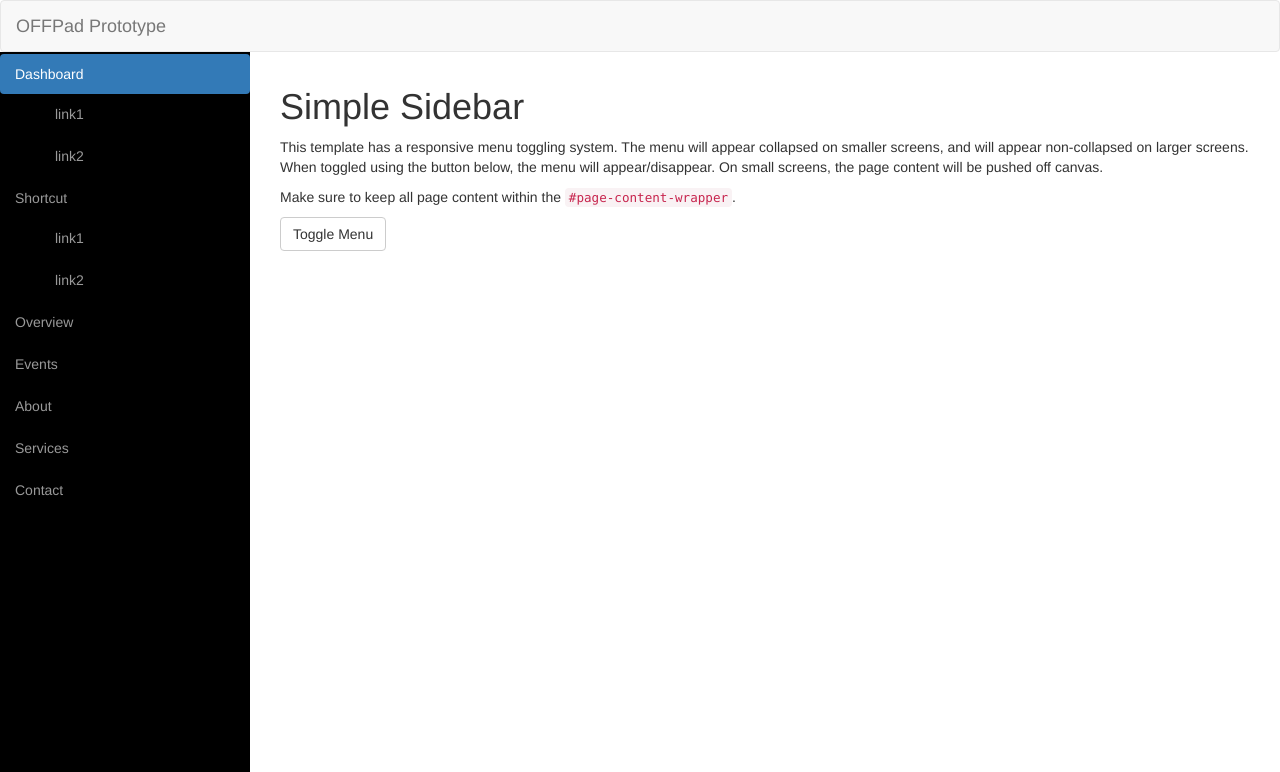
Repository: sijangurung/OFFPad-Projects
Page: Web App Workspace/OffPad WebApp/WebContent/index.html
These files come from the project's save history. The page is drawn as it stood at one moment and after the next save; the edit follows.
The browser window is 1280 px wide. The pictures show the whole page.

Above is the page before, as saved 2015-12-29 16:02:19.

### Web App Workspace/OffPad WebApp/WebContent/index.html
<!DOCTYPE html>
<html lang="en">

<head>

    <meta charset="utf-8">
    <meta http-equiv="X-UA-Compatible" content="IE=edge">
    <meta name="viewport" content="width=device-width, initial-scale=1">
    <meta name="description" content="">
    <meta name="author" content="">

    <title>Simple Sidebar - Start Bootstrap Template</title>

    <!-- Bootstrap Core CSS -->
    <link href="styles/bootstrap.min.css" rel="stylesheet">

    <!-- Custom CSS -->
    <link href="styles/simple-sidebar.css" rel="stylesheet">

    <!-- HTML5 Shim and Respond.js IE8 support of HTML5 elements and media queries -->
    <!-- WARNING: Respond.js doesn't work if you view the page via file:// -->
    <!--[if lt IE 9]>
        <script src="https://oss.maxcdn.com/libs/html5shiv/3.7.0/html5shiv.js"></script>
        <script src="https://oss.maxcdn.com/libs/respond.js/1.4.2/respond.min.js"></script>
    <![endif]-->

</head>

<body>
<nav class="navbar navbar-default no-margin">
    <!-- Brand and toggle get grouped for better mobile display -->
                <div class="navbar-header fixed-brand">
                    <a class="navbar-brand" href="#"><i class="fa fa-rocket fa-4"></i> OFFPad Prototype </a>
                </div><!-- navbar-header-->
    </nav>
<div id="wrapper">
        <!-- Sidebar -->
        <div id="sidebar-wrapper">
            <ul class="sidebar-nav nav-pills nav-stacked" id="menu">

                <li class="active">
                    <a href="#"><span class="fa-stack fa-lg pull-left"><i class="fa fa-dashboard fa-stack-1x "></i></span> Dashboard</a>
                       <ul class="nav-pills nav-stacked" style="list-style-type:none;">
                        <li><a href="#">link1</a></li>
                        <li><a href="#">link2</a></li>
                    </ul>
                </li>
                <li>
                    <a href="#"><span class="fa-stack fa-lg pull-left"><i class="fa fa-flag fa-stack-1x "></i></span> Shortcut</a>
                    <ul class="nav-pills nav-stacked" style="list-style-type:none;">
                        <li><a href="#"><span class="fa-stack fa-lg pull-left"><i class="fa fa-flag fa-stack-1x "></i></span>link1</a></li>
                        <li><a href="#"><span class="fa-stack fa-lg pull-left"><i class="fa fa-flag fa-stack-1x "></i></span>link2</a></li>

                    </ul>
                </li>
                <li>
                    <a href="#"><span class="fa-stack fa-lg pull-left"><i class="fa fa-cloud-download fa-stack-1x "></i></span>Overview</a>
                </li>
                <li>
                    <a href="#"> <span class="fa-stack fa-lg pull-left"><i class="fa fa-cart-plus fa-stack-1x "></i></span>Events</a>
                </li>
                <li>
                    <a href="#"><span class="fa-stack fa-lg pull-left"><i class="fa fa-youtube-play fa-stack-1x "></i></span>About</a>
                </li>
                <li>
                    <a href="#"><span class="fa-stack fa-lg pull-left"><i class="fa fa-wrench fa-stack-1x "></i></span>Services</a>
                </li>
                <li>
                    <a href="#"><span class="fa-stack fa-lg pull-left"><i class="fa fa-server fa-stack-1x "></i></span>Contact</a>
                </li>
            </ul>
        </div><!-- /#sidebar-wrapper -->

        <!-- Page Content -->
        <div id="page-content-wrapper">
            <div class="container-fluid">
                <div class="row">
                    <div class="col-lg-12">
                        <h1>Simple Sidebar</h1>
                        <p>This template has a responsive menu toggling system. The menu will appear collapsed on smaller screens, and will appear non-collapsed on larger screens. When toggled using the button below, the menu will appear/disappear. On small screens, the page content will be pushed off canvas.</p>
                        <p>Make sure to keep all page content within the <code>#page-content-wrapper</code>.</p>
                        <a href="#menu-toggle" class="btn btn-default" id="menu-toggle">Toggle Menu</a>
                    </div>
                </div>
            </div>

        </div>
        <!-- /#page-content-wrapper -->

    </div>
    <!-- /#wrapper -->

    <!-- jQuery -->
    <script src="js/jquery.js"></script>

    <!-- Bootstrap Core JavaScript -->
    <script src="js/bootstrap.min.js"></script>

    <!-- Menu Toggle Script -->
    <script>
    $("#menu-toggle").click(function(e) {
        e.preventDefault();
        $("#wrapper").toggleClass("toggled");
    });
    </script>

</body>

</html>

### Web App Workspace/OffPad WebApp/WebContent/styles/simple-sidebar.css
* Toggle Styles */

 #wrapper {
    padding-left: 0;
    -webkit-transition: all 0.5s ease;
    -moz-transition: all 0.5s ease;
    -o-transition: all 0.5s ease;
    transition: all 0.5s ease;
    overflow: hidden;
}

#wrapper.toggled {
    padding-left: 250px;
    overflow: scroll;
}

#sidebar-wrapper {
    z-index: 1000;
    position: absolute;
    left: 250px;
    width: 0;
    height: 100%;
    margin-left: -250px;
    overflow-y: auto;
    background: #000;
    -webkit-transition: all 0.5s ease;
    -moz-transition: all 0.5s ease;
    -o-transition: all 0.5s ease;
    transition: all 0.5s ease;
}
#wrapper.toggled #sidebar-wrapper {
    width: 250px;
}

#page-content-wrapper {
    position: absolute;
    padding: 15px;
    width: 100%;
    overflow-x: hidden;
}
.xyz{
    min-width: 360px;
}
#wrapper.toggled #page-content-wrapper {
    position: relative;
    margin-right: 0px;
}
.fixed-brand{
    width: auto;
}
/* Sidebar Styles */

.sidebar-nav {
    position: absolute;
    top: 0;
    width: 250px;
    margin: 0;
    padding: 0;
    list-style: none;
    margin-top: 2px;
}

.sidebar-nav li {
    text-indent: 15px;
    line-height: 40px;
}

.sidebar-nav li a {
    display: block;
    text-decoration: none;
    color: #999999;
}

.sidebar-nav li a:hover {
    text-decoration: none;
    color: #fff;
    background: rgba(255,255,255,0.2);
    border-left: red 2px solid;
}

.sidebar-nav li a:active,
.sidebar-nav li a:focus {
    text-decoration: none;
}

.sidebar-nav > .sidebar-brand {
    height: 65px;
    font-size: 18px;
    line-height: 60px;
}

.sidebar-nav > .sidebar-brand a {
    color: #999999;
}

.sidebar-nav > .sidebar-brand a:hover {
    color: #fff;
    background: none;
}
.no-margin{
    margin:0;
}

@media(min-width:768px) {
    #wrapper {
        padding-left: 250px;
    }
    .fixed-brand{
        width: 250px;
    }
    #wrapper.toggled {
        padding-left: 0;
    }

    #sidebar-wrapper {
        width: 250px;
    }

    #wrapper.toggled #sidebar-wrapper {
        width: 250px;
    }
    #wrapper.toggled-2 #sidebar-wrapper {
        width: 50px;
    }
    #wrapper.toggled-2 #sidebar-wrapper:hover {
        width: 250px;
    }


    #page-content-wrapper {
        padding: 20px;
        position: relative;
        -webkit-transition: all 0.5s ease;
        -moz-transition: all 0.5s ease;
        -o-transition: all 0.5s ease;
        transition: all 0.5s ease;
    }

    #wrapper.toggled #page-content-wrapper {
        position: relative;
        margin-right: 0;
        padding-left: 250px;
    }
    #wrapper.toggled-2 #page-content-wrapper {
        position: relative;
        margin-right: 0;
        margin-left: -200px;
        -webkit-transition: all 0.5s ease;
        -moz-transition: all 0.5s ease;
        -o-transition: all 0.5s ease;
        transition: all 0.5s ease;
        width: auto;

    }
}

Loaded but not shown: Web App Workspace/OffPad WebApp/WebContent/styles/bootstrap.min.css (library); Web App Workspace/OffPad WebApp/WebContent/js/jquery.js (library); Web App Workspace/OffPad WebApp/WebContent/js/bootstrap.min.js (library)

After the next save:
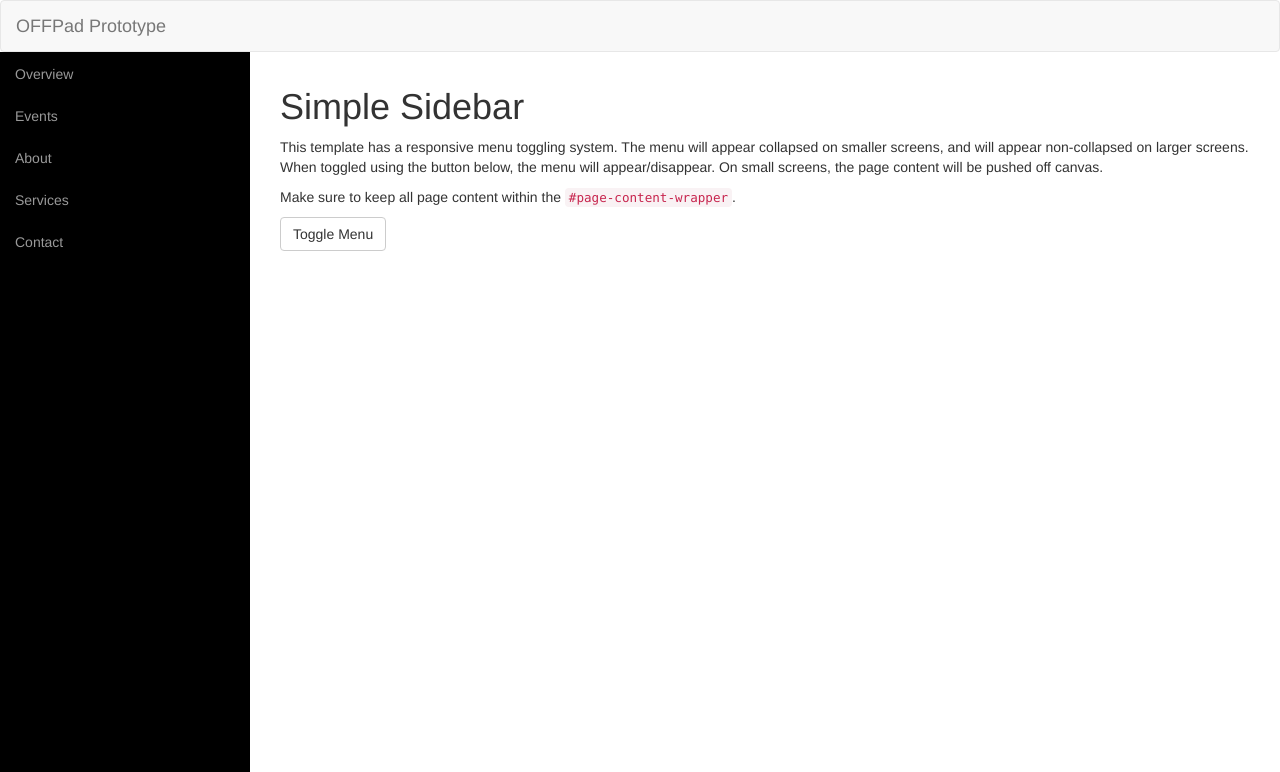
Saved 22 s later.
--- a/Web App Workspace/OffPad WebApp/WebContent/index.html
+++ b/Web App Workspace/OffPad WebApp/WebContent/index.html
@@ -37,22 +37,6 @@
         <!-- Sidebar -->
         <div id="sidebar-wrapper">
             <ul class="sidebar-nav nav-pills nav-stacked" id="menu">
-
-                <li class="active">
-                    <a href="#"><span class="fa-stack fa-lg pull-left"><i class="fa fa-dashboard fa-stack-1x "></i></span> Dashboard</a>
-                       <ul class="nav-pills nav-stacked" style="list-style-type:none;">
-                        <li><a href="#">link1</a></li>
-                        <li><a href="#">link2</a></li>
-                    </ul>
-                </li>
-                <li>
-                    <a href="#"><span class="fa-stack fa-lg pull-left"><i class="fa fa-flag fa-stack-1x "></i></span> Shortcut</a>
-                    <ul class="nav-pills nav-stacked" style="list-style-type:none;">
-                        <li><a href="#"><span class="fa-stack fa-lg pull-left"><i class="fa fa-flag fa-stack-1x "></i></span>link1</a></li>
-                        <li><a href="#"><span class="fa-stack fa-lg pull-left"><i class="fa fa-flag fa-stack-1x "></i></span>link2</a></li>
-
-                    </ul>
-                </li>
                 <li>
                     <a href="#"><span class="fa-stack fa-lg pull-left"><i class="fa fa-cloud-download fa-stack-1x "></i></span>Overview</a>
                 </li>
